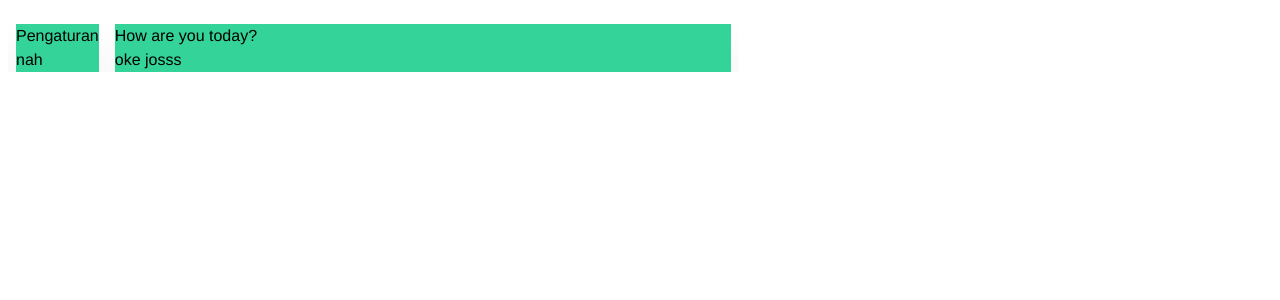
Repository: fahmiegerton/imgwatermark
Page: /
The author's editor kept a copy of each file at every save. The page is drawn from the files as they stood at one save, then again after the next save.
The browser window is 1280 px wide. The pictures show the whole page.
The project was rebuilt for these pictures with package versions that can differ from the ones it lists, and the page was loaded fresh each time. Also part of the build but not shown: vite.config.js.

Above is the page before, as saved 2021-11-12 21:40:05.

### src/App.vue
<script setup>
// This starter template is using Vue 3 <script setup> SFCs
// Check out https://v3.vuejs.org/api/sfc-script-setup.html#sfc-script-setup
// import HelloWorld from './components/HelloWorld.vue'
import Home from './components/Home.vue'
</script>

<template>
  <!-- <img alt="Vue logo" src="./assets/logo.png" /> -->
  <Home msg="Hello Vue 3 + Vite" />
</template>

<style>
#app {
  font-family: Avenir, Helvetica, Arial, sans-serif;
  -webkit-font-smoothing: antialiased;
  -moz-osx-font-smoothing: grayscale;
  /* text-align: center; */
  /* color: #2c3e50;
  margin-top: 60px; */
}
</style>

### src/components/Home.vue
<template lang="pug">
.container.mx-auto.p-4
	.flex.flex-wrap.-mx-2.overflow-hidden
		div(class="w-auto overflow-hidden sm:my-2 sm:px-2")
			.card.shadow-2xl.bg-green-400
				.card-title
					h1 Pengaturan
				.card-body
					p nah
		div(class="w-1/2 overflow-hidden sm:my-2 sm:px-2")
			.card.shadow-2xl.bg-green-400
				.card-title
					h1 {{text}}
				.card-body
					p oke josss
</template>

<script setup>
// import { ref } from 'vue'

defineProps({
	msg: String
})

let text = 'How are you today?'

// const count = ref(0)
</script>

Loaded but not shown: index.html (common file); src/main.js (common file); src/assets/index.css (common file); tailwind.config.js (common file)

After the next save:
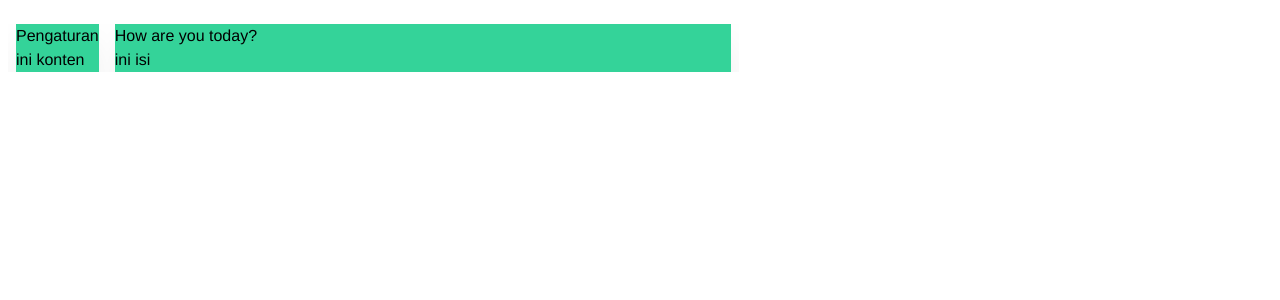
Saved 46 s later.
--- a/src/components/Home.vue
+++ b/src/components/Home.vue
@@ -3,16 +3,18 @@
 	.flex.flex-wrap.-mx-2.overflow-hidden
 		div(class="w-auto overflow-hidden sm:my-2 sm:px-2")
 			.card.shadow-2xl.bg-green-400
-				.card-title
-					h1 Pengaturan
 				.card-body
-					p nah
+					.card-title
+						h1 Pengaturan
+
+					p ini konten
 		div(class="w-1/2 overflow-hidden sm:my-2 sm:px-2")
 			.card.shadow-2xl.bg-green-400
-				.card-title
-					h1 {{text}}
 				.card-body
-					p oke josss
+					.card-title
+						h1 {{text}}
+
+					p ini isi
 </template>
 
 <script setup>
